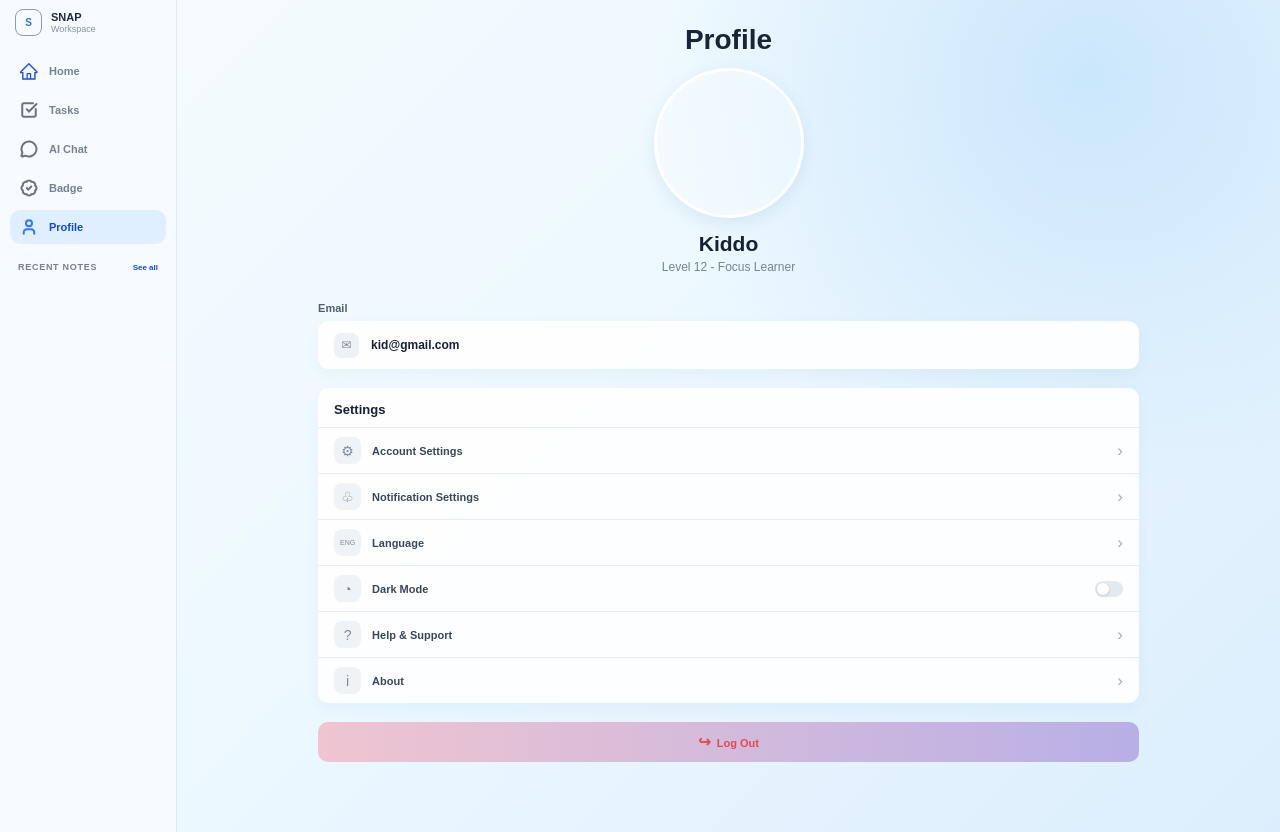
Repository: Lee-Productions-Inc/SNAP_productions
Page: pages/profile.html
The author's editor kept a copy of each file at every save. The page is drawn from the files as they stood at one save, then again after the next save.
The browser window is 1280 px wide. The pictures show the whole page.

Above is the page before, as saved 2026-09-22 19:31:18.

After the next save:
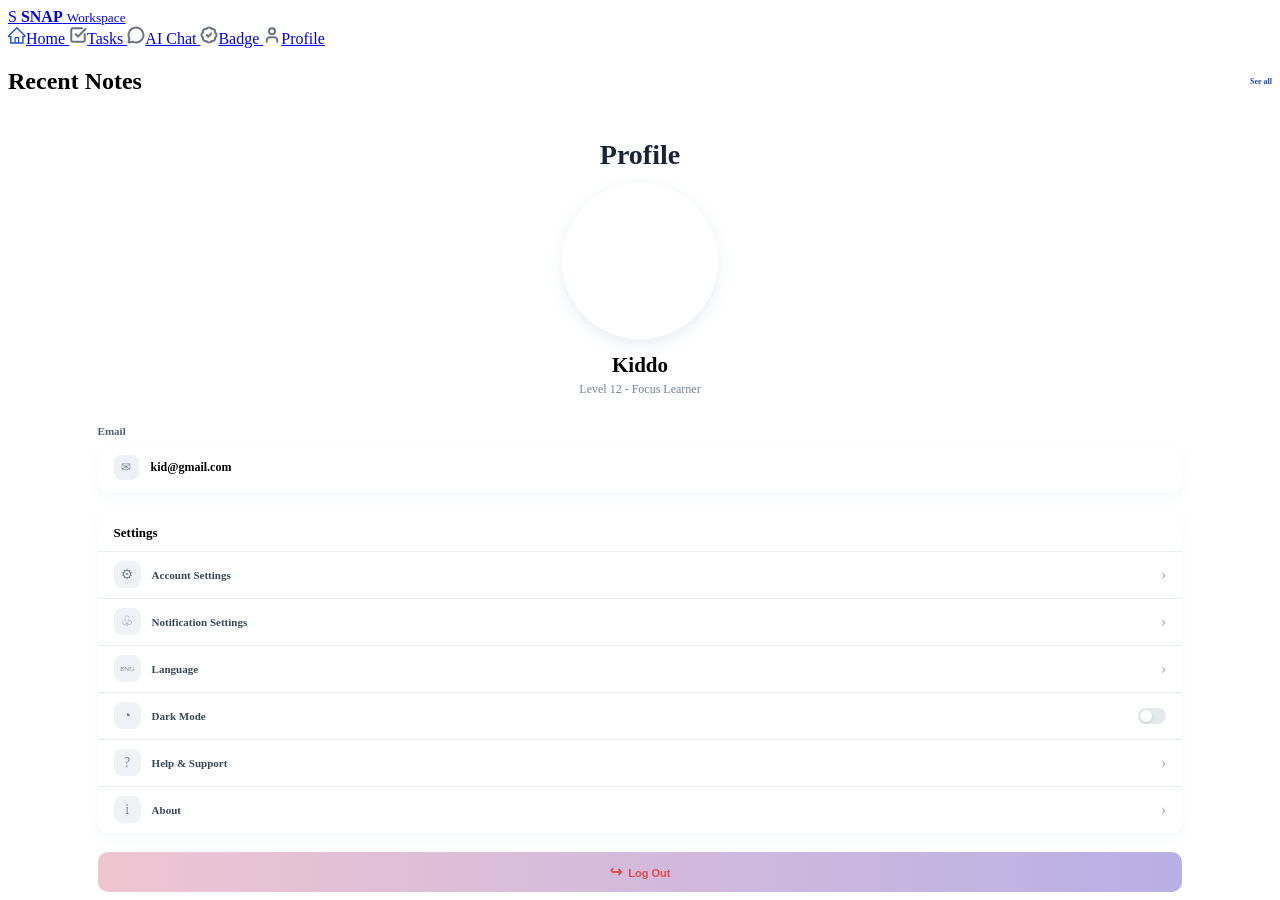
Saved 38 s later.
--- a/pages/profile.html
+++ b/pages/profile.html
@@ -4,7 +4,6 @@
         <meta charset="UTF-8">
         <meta name="viewport" content="width=device-width, initial-scale=1.0">
         <title>Profile | SNAP</title>
-        <link rel="stylesheet" href="../designs/dashboard.css">
         <link rel="stylesheet" href="../designs/profile.css">
     </head>
     <body>

After the 3 saves that followed:
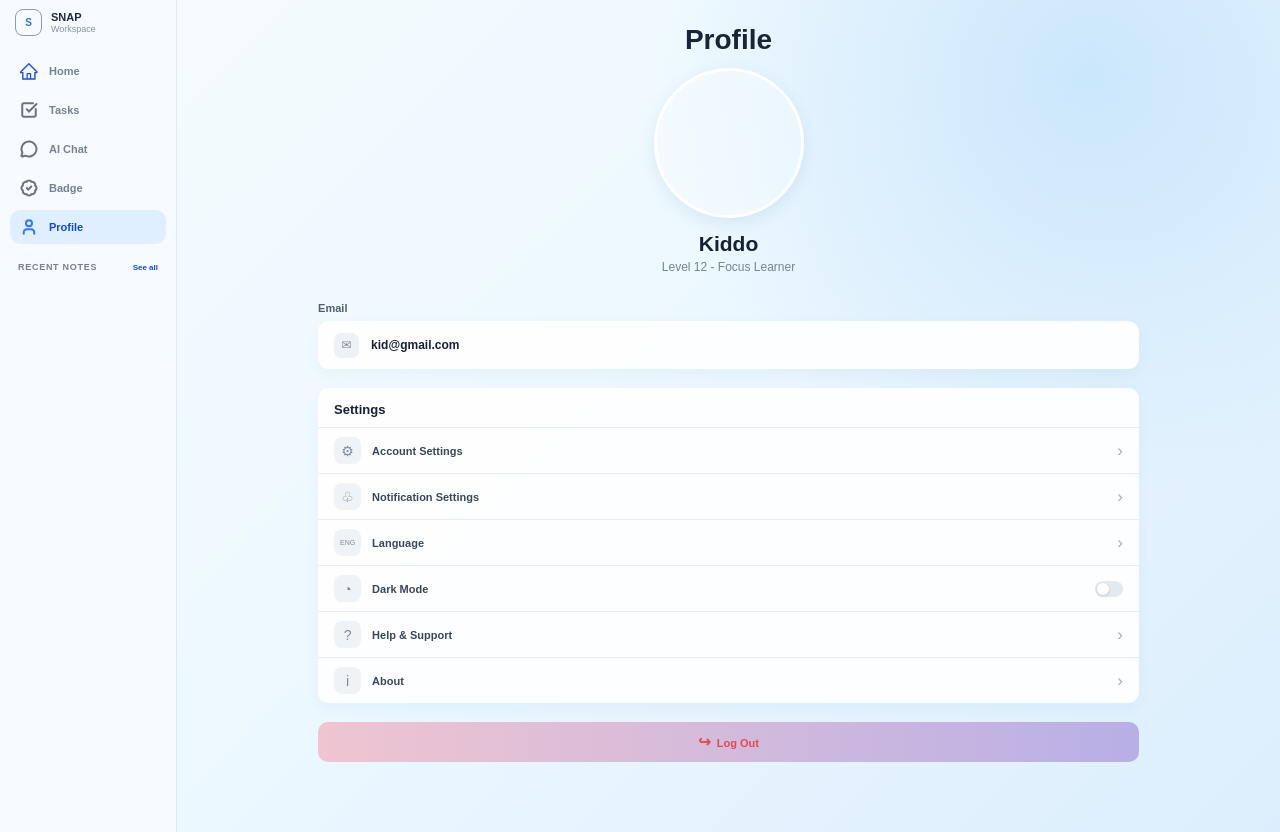
The 3 saves are shown as one change because they came seconds apart.
The last was saved 15 s later.
--- a/pages/profile.html
+++ b/pages/profile.html
@@ -4,12 +4,13 @@
         <meta charset="UTF-8">
         <meta name="viewport" content="width=device-width, initial-scale=1.0">
         <title>Profile | SNAP</title>
+        <link rel="stylesheet" href="../designs/dashboard.css">
         <link rel="stylesheet" href="../designs/profile.css">
     </head>
     <body>
         <div class="dashboard-shell profile-page">
             <aside class="sidebar" aria-label="Main navigation">
-                <a class="brand" href="../pages/dashboard/dashboard.html" aria-label="SNAP home">
+                <a class="brand" href="dashboard.html" aria-label="SNAP home">
                     <span class="brand-mark">S</span>
                     <span>
                         <strong>SNAP</strong>
